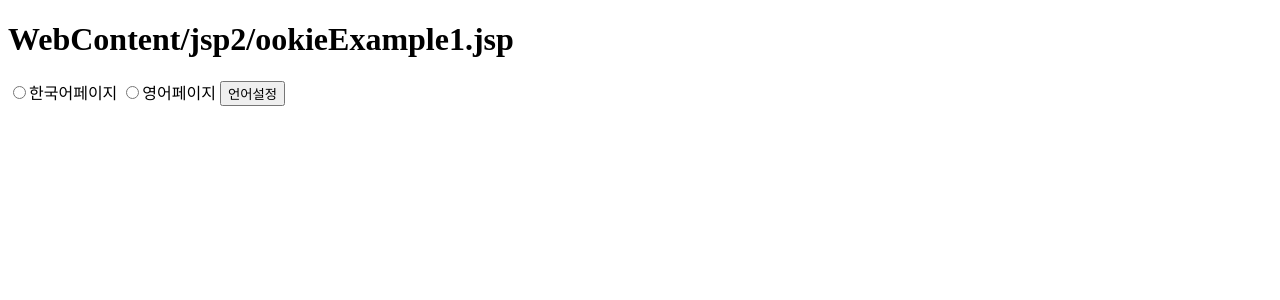
Repository: ReadStar/workspace_jsp
Page: http://localhost/StudyJSP/jsp2/cookieExample1.jsp
The author's editor kept a copy of each file at every save. The page is drawn from the files as they stood at one save, then again after the next save.
The browser window is 1280 px wide. The pictures show the whole page.
The page is served by Tomcat 9. Other server files are loaded and not shown.

Above is the page before, as saved 2020-08-17 02:46:33.

### StudyJSP/WebContent/jsp2/cookieExample1.jsp
<%@ page language="java" contentType="text/html; charset=UTF-8"
    pageEncoding="UTF-8"%>
<!DOCTYPE html>
<html>
<head>
<meta charset="UTF-8">
<title>Insert title here</title>
</head>
<body>
<h1>WebContent/jsp2/ookieExample1.jsp</h1>
<%
//쿠키값 가져오기
Cookie cookies[] = request.getCookies();
//if 쿠키값이 있으면 for if 쿠키이름"clang" 찾기 쿠키값 출력
String clang = "korea";
if(cookies !=null){
	for(int i=0; i<cookies.length; i++){
		if(cookies[i].getName().equals("clang")){
		out.print("쿠키값 : "+ cookies[i].getValue()+"<br>");
			clang=cookies[i].getValue();
		}
	}
}
//clang변수에 저장된 값 쿠키값 "korea"와 같으면 "안녕하세요"
//															 와 같지않으면 "Hello"

%>
<form action="cookieExample2.jsp" method="post">
<input type="radio" name="lang" value="korea">한국어페이지
<input type="radio" name="lang" value="english">영어페이지
<input type="submit" value="언어설정">
</form>
</body>
</html>

After the next save:
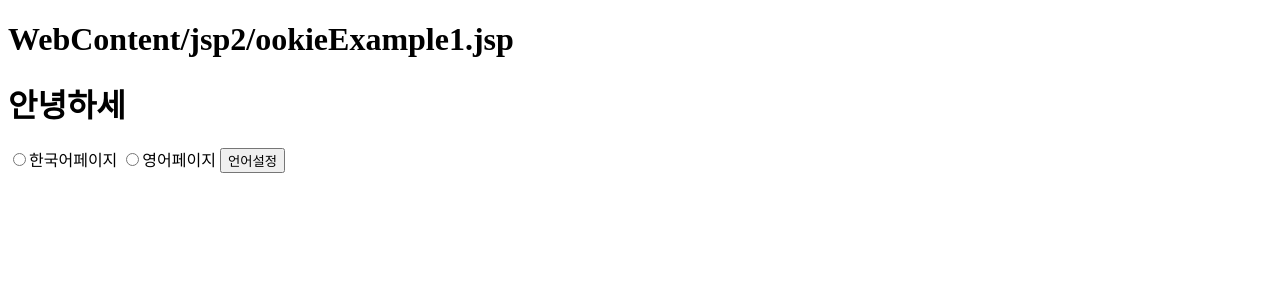
Saved 68 s later.
--- a/StudyJSP/WebContent/jsp2/cookieExample1.jsp
+++ b/StudyJSP/WebContent/jsp2/cookieExample1.jsp
@@ -23,6 +23,8 @@ if(cookies !=null){
 }
 //clang변수에 저장된 값 쿠키값 "korea"와 같으면 "안녕하세요"
 //															 와 같지않으면 "Hello"
+if(clang == "korea")
+	out.print("<h1>안녕하세</h1>");
 
 %>
 <form action="cookieExample2.jsp" method="post">
